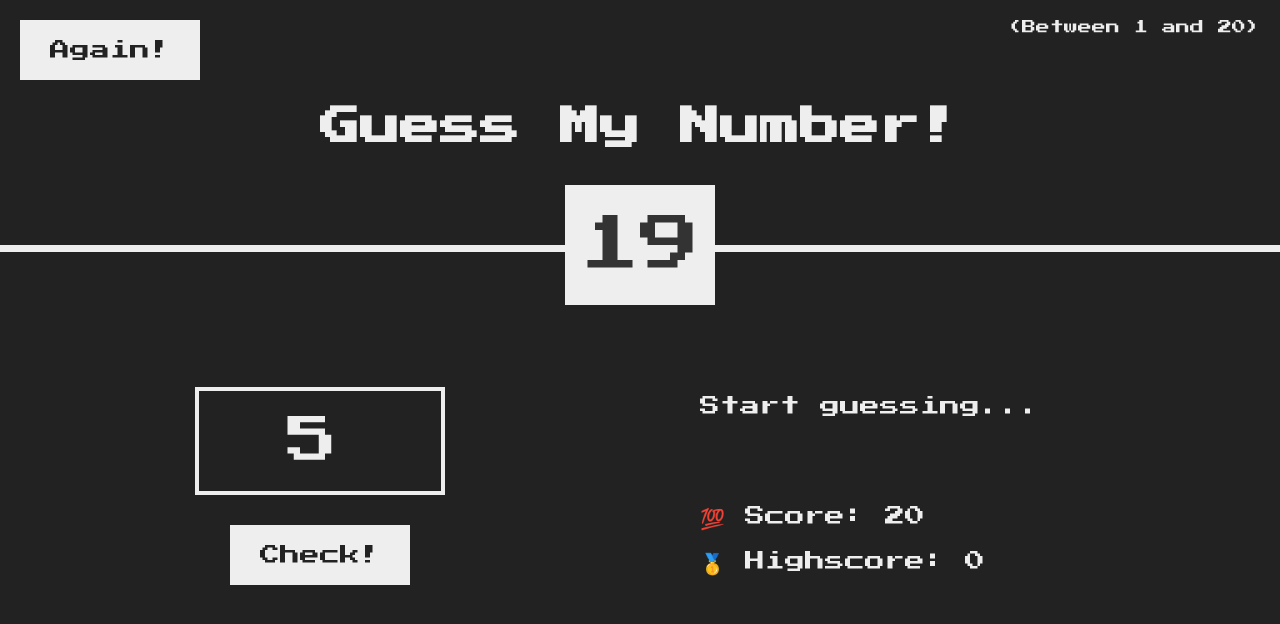
Repository: mjcanon4/guess-my-number
Page: index.html
The author's editor kept a copy of each file at every save. The page is drawn from the files as they stood at one save, then again after the next save.
The browser window is 1280 px wide. The pictures show the whole page.
Empty fields were first filled with sample values (such as "Sample", 5 or name@example.com).
After loading, the first visible `button.check` was clicked once.

Above is the page before, as saved 2021-02-04 23:27:06.

After the next save:
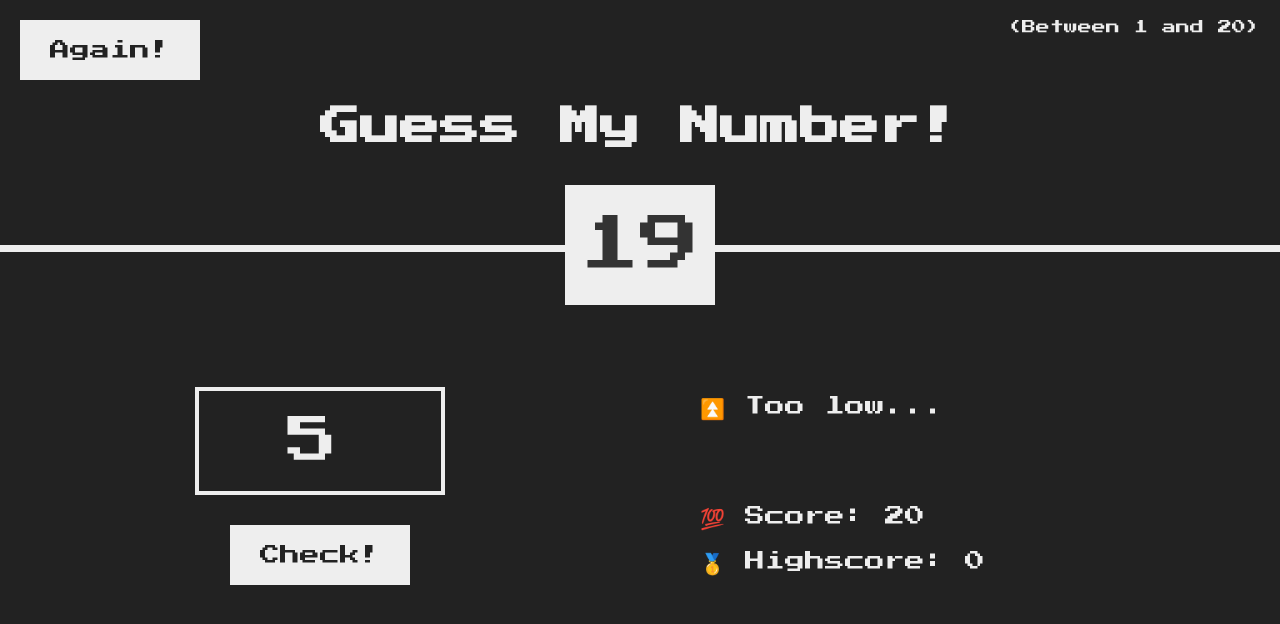
Saved 46 s later.
--- a/index.js
+++ b/index.js
@@ -17,5 +17,7 @@ document.querySelector(".check").addEventListener("click", function () {
     document.querySelector(".message").textContent = "Congrats! 🥳";
   } else if (guess > number) {
     document.querySelector(".message").textContent = "⏬ Too high...";
+  } else if (guess < number) {
+    document.querySelector(".message").textContent = "⏫ Too low...";
   }
 });
